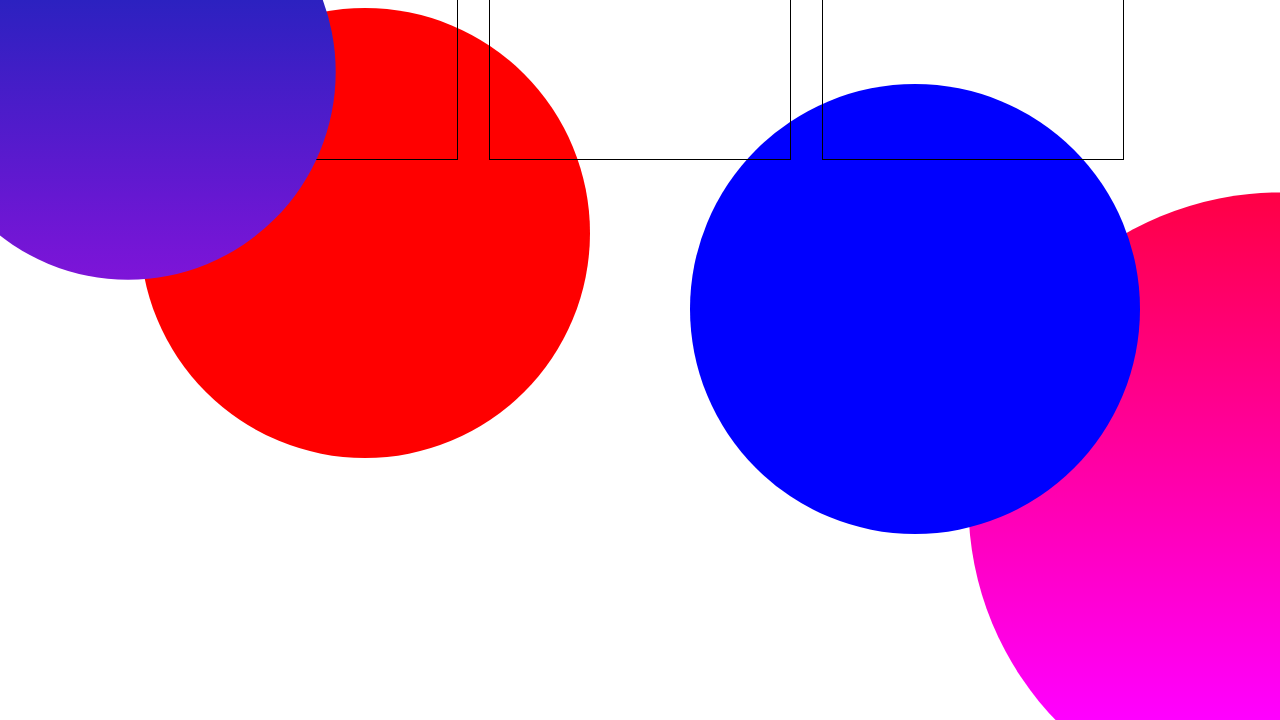
Repository: dovanluyen1996/Test-Git-PR
Page: index.html
The author's editor kept a copy of each file at every save. The page is drawn from the files as they stood at one save, then again after the next save.
The browser window is 1280 px wide. The pictures show the whole page.

Above is the page before, as saved 2021-09-06 23:37:01.

### index.html
<!DOCTYPE html>
<html lang="en">
  <head>
    <meta charset="UTF-8" />
    <meta http-equiv="X-UA-Compatible" content="IE=edge" />
    <meta name="viewport" content="width=device-width, initial-scale=1.0" />
    <title>TestVsCode</title>
    <link rel="stylesheet" href="css/style.css" />
  </head>

  <body>
    <div class="container">
      <div class="test1"></div>
      <div class="test2"></div>

      <div class="center">
        <div class="item-center">
          <h2>Title</h2>
          <p class="text">
            Lorem ipsum dolor sit amet consectetur adipisicing elit. Minima
            corporis rem illum exercitationem architecto veritatis alias nam.
            Excepturi aliquam doloremque minus quibusdam sed, libero quia amet,
            officia rerum sequi expedita!
          </p>
        </div>
        <div class="item-center">
          <h2>Title</h2>
          <p class="text">
            Lorem ipsum dolor sit amet consectetur adipisicing elit. Minima
            corporis rem illum exercitationem architecto veritatis alias nam.
            Excepturi aliquam doloremque minus quibusdam sed, libero quia amet,
            officia rerum sequi expedita!
          </p>
        </div>
        <div class="item-center">
          <h2>Title</h2>
          <p class="text">
            Lorem ipsum dolor sit amet consectetur adipisicing elit. Minima
            corporis rem illum exercitationem architecto veritatis alias nam.
            Excepturi aliquam doloremque minus quibusdam sed, libero quia amet,
            officia rerum sequi expedita!
          </p>
        </div>
      </div>
    </div>
  </body>
</html>

### css/style.css
body {
}
body::before {
  content: "";
  position: absolute;
  top: 0;
  left: 0;
  width: 100%;
  height: 100%;
  background: linear-gradient(#f00, #f0f);
  clip-path: circle(30% at right 70%);
}
body::after {
  content: "";
  position: absolute;
  top: 0;
  left: 0;
  width: 100%;
  height: 100%;
  background: linear-gradient(rgb(44, 33, 192), #f0f);
  clip-path: circle(20% at 10% 10%);
}
.container {
  width: 1000px;
  margin: 0 auto;
  position: relative;
}
.test1 {
  width: 450px;
  height: 450px;
  background-color: red;
  border-radius: 50%;
  position: absolute;
}
.test2 {
  width: 450px;
  height: 450px;
  background-color: blue;
  border-radius: 50%;
  position: absolute;
  right: 0;
  top: 50%;
}
.item-center {
  width: 300px;
  height: 350px;
  border: 1px solid black;
  text-align: center;
  margin: 0 auto;
  position: relative;
  margin-top: -200px;
  box-shadow: ;
}
.center {
  display: flex;
}

After the next save:
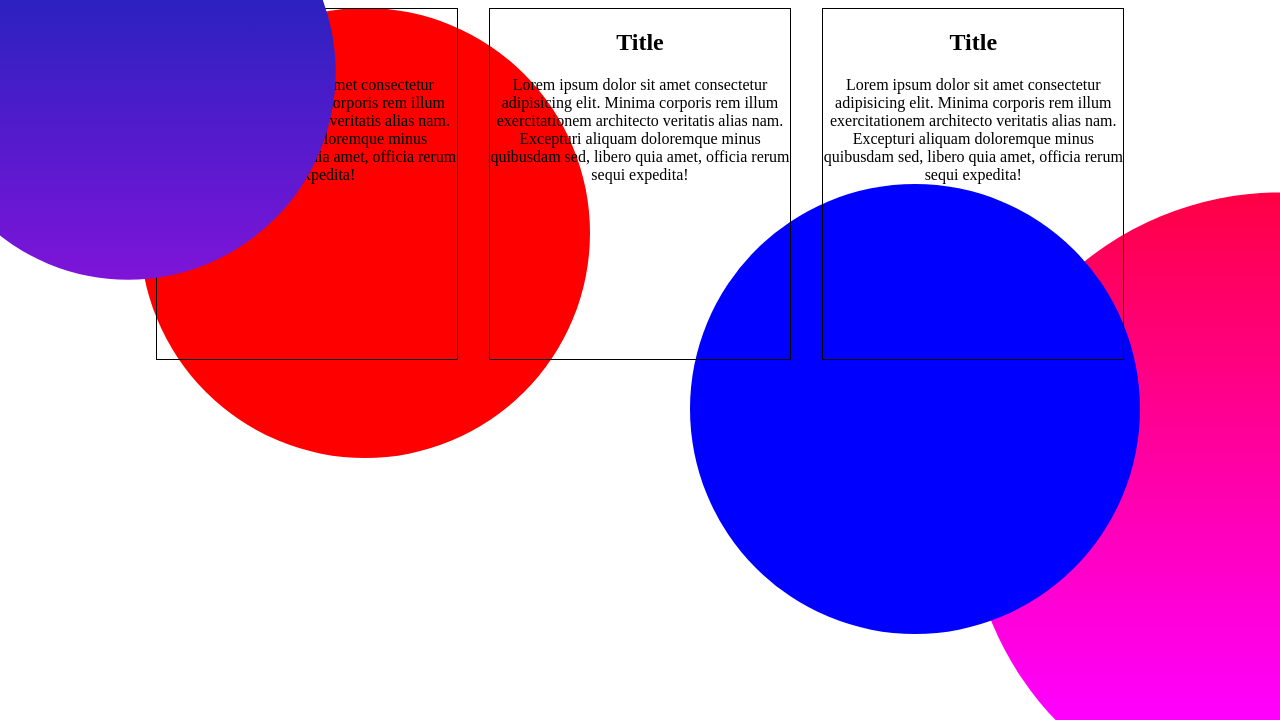
Saved 10 s later.
--- a/css/style.css
+++ b/css/style.css
@@ -48,7 +48,6 @@ body::after {
   text-align: center;
   margin: 0 auto;
   position: relative;
-  margin-top: -200px;
   box-shadow: ;
 }
 .center {
